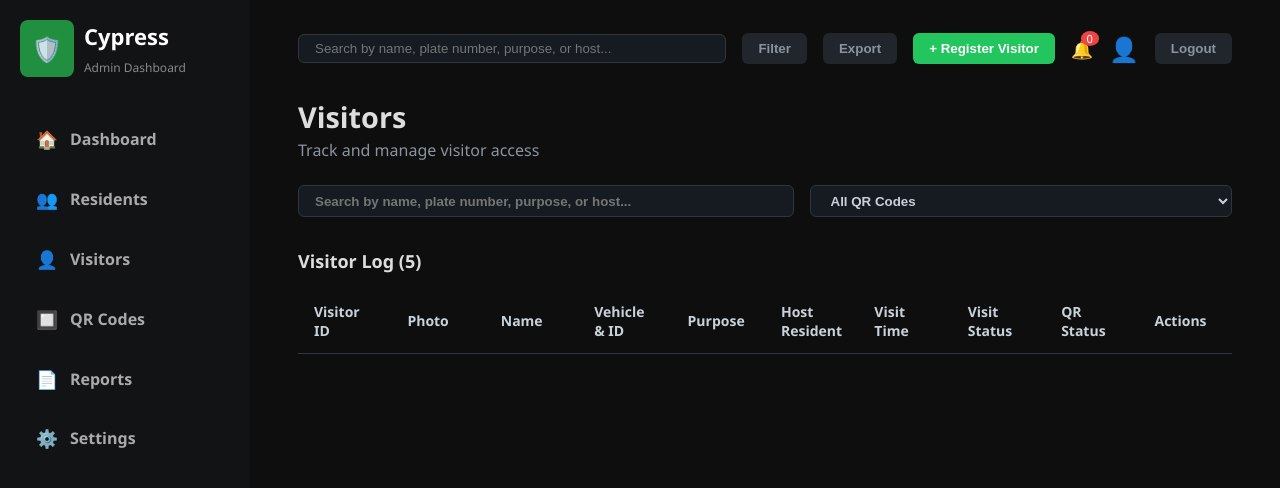
Repository: camuramon/my-project
Page: templates/admin/visitors.html
The author's editor kept a copy of each file at every save. The page is drawn from the files as they stood at one save, then again after the next save.
The browser window is 1280 px wide. The pictures show the whole page.
The template is drawn by Flask 3. The application's start-up code is not run. Other server files are loaded and not shown. The template is opened directly, without the code that normally fills it, so the values that code supplies are empty.

Above is the page before, as saved 2025-09-19 02:06:12.

### templates/admin/visitors.html
<!DOCTYPE html>
<html lang="en">
<head>
    <meta charset="UTF-8" />
    <meta name="viewport" content="width=device-width, initial-scale=1" />
    <title>Cypress Admin Dashboard - Visitors</title>
    <!-- Connect visitor.css -->
<link rel="stylesheet" href="{{ url_for('static', filename='css/admin.css') }}">
<link rel="stylesheet" href="{{ url_for('static', filename='css/visitor.css') }}">
</head>
<body>
     <div class="container">
    <aside class="sidebar">
    <div class="logo">
        <div class="icon">🛡️</div>
        <div class="title">
            <h2>Cypress</h2>
            <span>Admin Dashboard</span>
        </div>
    </div>
    <nav>
        <ul class="sidebar-menu">
            <li class="{% if request.path == url_for('admin_dashboard') %}active{% endif %}">
                <a href="{{ url_for('admin_dashboard') }}"><span class="icon">🏠</span> Dashboard</a>
            </li>
            <li class="{% if request.path == url_for('admin_residents') %}active{% endif %}">
                <a href="{{ url_for('admin_residents') }}"><span class="icon">👥</span> Residents</a>
            </li>
            <li class="{% if request.path == url_for('admin_visitors') %}active{% endif %}">
                <a href="{{ url_for('admin_visitors') }}"><span class="icon">👤</span> Visitors</a>
            </li>
          <li class="{% if request.path == url_for('admin_qr') %}active{% endif %}">
  <a href="{{ url_for('admin_qr') }}"><span class="icon">🔲</span> QR Codes</a>
</li>

            <li class="{% if request.path == url_for('admin_reports') %}active{% endif %}">
                <a href="{{ url_for('admin_reports') }}"><span class="icon">📄</span> Reports</a>
            </li>
            <li class="{% if request.path == url_for('admin_settings') %}active{% endif %}">
                <a href="{{ url_for('admin_settings') }}"><span class="icon">⚙️</span> Settings</a>
            </li>
        </ul>
    </nav>
</aside>


    <main class="main-content">
        <header class="topbar">
          <input type="search" placeholder="Search by name, plate number, purpose, or host..." />
            <div class="topbar-actions">
                <button class="btn filter">Filter</button>
                <button class="btn export">Export</button>
                <button class="btn register-visitor">+ Register Visitor</button>
                <div class="notification">
                    <span class="icon">🔔</span>
                    <span class="badge">0</span>
                </div>
                <div class="profile-icon">👤</div>
                <button id="logout-button" class="btn btn-gray text-white font-semibold py-2 px-4 rounded-full">
                Logout
            </button>
            </div>
        </header>

<script>
       document.getElementById('logout-button').addEventListener('click', function() {
    window.location.href = "/logout";   // ✅ tatawag sa Flask logout route
});
</script>
        <section class="page-info">
            <h2>Visitors</h2>
            <p>Track and manage visitor access</p>

            <div class="search-filter">
                <input type="search" placeholder="Search by name, plate number, purpose, or host..." />
                <select>
                    <option>All QR Codes</option>
                </select>
            </div>

            <div class="visitor-log">
                <h3>Visitor Log (5)</h3>
                  <div id="recent-visitors"></div>
                <table>
                    <thead>
    <tr>
        <th>Visitor ID</th>
        <th>Photo</th>
        <th>Name</th>
        <th>Vehicle &amp; ID</th>
        <th>Purpose</th>
        <th>Host Resident</th>
        <th>Visit Time</th>
        <th>Visit Status</th>
        <th>QR Status</th>
        <th>Actions</th>
    </tr>
</thead>
<tbody>
    {% for visitor in visitors %}
    <tr>
        <td>{{ visitor.id }}</td>
        <td>
            <img src="{{ visitor.photo if visitor.photo else url_for('static', filename='image/default-visitor.png') }}"
                 alt="Visitor Photo"
                 style="width:50px; height:50px; border-radius:50%; object-fit:cover;">
        </td>
        <td><strong>{{ visitor.fullName }}</strong></td>
        <td>
            <strong>{{ visitor.vehicleType }} - {{ visitor.plateNumber }}</strong><br>
            {{ visitor.idType }}: {{ visitor.idNumber }}
        </td>
        <td>{{ visitor.host if visitor.host else "N/A" }}</td>
        <td><span class="clock-icon">⏲️</span> In:<br><strong>{{ visitor.visitTime }}</strong></td>
        <td>
            <span class="status {{ 'active-visit' if visitor.status == 'Active' else 'expired-visit' }}">
                {{ visitor.status }}
            </span>
        </td>
        <td>
            <span class="qr-status {{ 'valid' if visitor.qrCode else 'invalid' }}">
                {{ 'Valid' if visitor.qrCode else 'Invalid' }}
            </span>
        </td>
        <td class="actions">
            <span class="icon">👁️</span>
            <span class="icon">✏️</span>
            <span class="icon">🗑️</span>
        </td>
    </tr>
    {% endfor %}
</tbody>

                </table>
            </div>
        </section>
    </main>
<script src="{{ url_for('static', filename='js/visitors.js') }}"></script>

</body>
</html>

### static/css/admin.css
/* ===========================
   GENERAL RESET & BASE STYLES
=========================== */


* {
    box-sizing: border-box;
    margin: 0;
    padding: 0;
}

body {
    font-family: 'Segoe UI', Tahoma, Geneva, Verdana, sans-serif;
    background-color: #0e0e0f;
    color: #ddd;
    display: flex;
    min-height: 100vh;
}
html, body {
    height: 100%;
    width: 100%;
    margin: 0;
    padding: 0;
    overflow-x: hidden;
}

.container {
    display: flex;
    width: 100%;
    height: 100vh;
}


/* ===========================
   SIDEBAR
=========================== */
.sidebar {
    width: 250px;
    height: 100vh;
    background-color: #121314;
    padding: 20px;
    flex-shrink: 0;
}


.logo {
    display: flex;
    align-items: center;
    margin-bottom: 40px;
}

.logo .icon {
    background-color: #208f3f;
    padding: 12px;
    border-radius: 8px;
    font-size: 24px;
    color: white;
    margin-right: 10px;
}

.logo .title h2 {
    font-weight: 700;
    color: white;
    margin-bottom: 4px;
}

.logo .title span {
    font-size: 12px;
    color: #888;
}

.sidebar-menu {
    list-style: none;
    padding: 0;
}

.sidebar-menu li {
    margin: 15px 0;
}

.sidebar-menu li a {
    text-decoration: none;
    color: #bbb;
    font-weight: 600;
    display: flex;
    align-items: center;
    gap: 10px;
    font-size: 16px;
}

.sidebar-menu li a i {
    font-size: 18px;
}

.sidebar-menu li a {
    text-decoration: none;
    color: #bbb;
    font-weight: 600;
    display: flex;
    align-items: center;
    gap: 10px;
    font-size: 16px;
    padding: 10px 15px;
    border-radius: 8px;
    transition: background-color 0.3s ease, color 0.3s ease;
}

.sidebar-menu li.active a {
    background-color: #2a2a2e; /* darker bg for active item */
    color: white;
}

.sidebar-menu li.active a .icon {
    color: white;
}

.sidebar-menu li a:hover {
    background-color: #1d1d1f;
    color: white;
}


/* ===========================
   MAIN CONTENT
=========================== */
.main-content {
    flex-grow: 1;
    overflow-y: auto;
    padding: 25px;
    background-color: #0e0e0f;
}
/* ===========================
   HEADER / TOP BAR
=========================== */
.top-bar, .header {
    display: flex;
    justify-content: space-between;
    align-items: center;
    margin-bottom: 20px;
}

.search-bar input[type="search"] {
    width: 350px;
    padding: 10px 15px;
    border: none;
    border-radius: 10px;
    background-color: #232324;
    color: #ccc;
    font-size: 16px;
}

.top-icons, .header-icons {
    display: flex;
    gap: 15px;
}

.icon-btn, .notification-btn, .user-btn {
    background: none;
    border: none;
    color: #ccc;
    font-size: 20px;
    position: relative;
    cursor: pointer;
}

.notification-count {
    position: absolute;
    top: -8px;
    right: -8px;
    background-color: #e02e41;
    font-size: 10px;
    padding: 2px 6px;
    border-radius: 50%;
    color: white;
}

/* ===========================
   DASHBOARD HEADER & ACTIONS
=========================== */
.dashboard-header, .resident-section .sub-header {
    display: flex;
    justify-content: space-between;
    align-items: center;
    margin: 20px 0;
    flex-wrap: wrap;
}

.dashboard-header h1, .resident-section h2 {
    color: white;
}

.dashboard-header p, .resident-section .subtitle {
    color: #999;
    margin-left: 10px;
}

.actions, .buttons {
    display: flex;
    gap: 10px;
}

.filter-btn,
.export-btn,
.add-resident-btn {
    background-color: #222;
    border: none;
    color: white;
    padding: 10px 20px;
    border-radius: 8px;
    cursor: pointer;
    font-weight: 600;
}

.add-resident-btn {
    background-color: #208f3f;
}

.filter-btn:hover,
.export-btn:hover,
.add-resident-btn:hover {
    background-color: #333;
}

/* ===========================
   DASHBOARD CARDS
=========================== */
.stats-cards {
    display: flex;
    gap: 20px;
    flex-wrap: wrap;
    margin-bottom: 40px;
}

.card {
    background-color: #151517;
    border-radius: 12px;
    flex: 1 1 300px;
    padding: 20px;
    position: relative;
    color: #999;
}

.card p { margin-bottom: 8px; }

.card h2 { color: white; font-weight: 800; font-size: 28px; }

.card-icon {
    position: absolute;
    top: 20px;
    right: 20px;
    font-size: 24px;
    padding: 8px;
    border-radius: 100%;
    background-color: #333;
    color: white;
}

.card-icon.green { background-color: #208f3f; }
.card-icon.blue { background-color: #26418f; }
.card-icon.yellow { background-color: #a58f20; }
.card-icon.green-dark { background-color: #14502d; }
.card-icon.gray { background-color: #474751; }

.percentage {
    position: absolute;
    bottom: 20px;
    right: 20px;
    font-weight: 600;
    font-size: 14px;
}

.percentage.positive { color: #26ca4a; }
.percentage.neutral { color: #999; }

/* ===========================
   TABLES
=========================== */
.tables-section, .resident-directory {
    display: flex;
    gap: 20px;
    flex-wrap: wrap;
}

.table-container {
    background-color: #151517;
    padding: 20px;
    border-radius: 12px;
    flex: 1 1 500px;
    color: #bbb;
}

.table-container h3 {
    display: flex;
    justify-content: space-between;
    margin-bottom: 15px;
    color: white;
}

.view-all {
    color: #6668f8;
    font-weight: 600;
    text-decoration: none;
    font-size: 14px;
}

.view-all:hover { text-decoration: underline; }

table {
    width: 100%;
    border-collapse: collapse;
}

th, td {
    padding: 12px 10px;
    text-align: left;
    font-size: 14px;
}

thead tr { border-bottom: 1px solid #333; }
tbody tr:not(:last-child) { border-bottom: 1px solid #333; }
tbody tr:hover { background-color: #252527; }

/* ===========================
   STATUS BADGES
=========================== */
.status {
    padding: 5px 10px;
    border-radius: 20px;
    font-size: 12px;
    font-weight: 700;
    display: inline-block;
}

.status.active { background-color: #208f3f; color: white; }
.status.expired { background-color: #a5891e; color: white; }
.status.suspended { background-color: #7e1e1e; color: white; }
.status.inactive { background-color: #ff4d4f; color: white; }

.qr-status.valid { background-color: #208f3f; color: white; }
.qr-status.expired { background-color: #a5891e; color: white; }

/* ===========================
   BUTTONS, INPUTS, SELECT
=========================== */
button { cursor: pointer; border: none; border-radius: 6px; font-weight: 600; }

select, input[type="search"] {
    background-color: #232324;
    color: #ccc;
    border: 1px solid #333;
    padding: 8px 10px;
    border-radius: 6px;
}

/* ===========================
   HEADINGS & TEXT
=========================== */
h2 { font-size: 22px; margin-bottom: 5px; }
h3 { font-size: 18px; margin-bottom: 10px; }
.subtitle { color: #aaa; margin-bottom: 15px; }

strong { font-weight: 700; }
.charts {
  display: flex;
  justify-content: space-between; /* hati sila kaliwa-kanan */
  margin: 20px 0;
  gap: 20px;
}

/* Common Style for Charts */
.chart-container {
  flex: 1;                  /* pantay hati space */
  max-width: 48%;           /* para may konting space sa pagitan */
  background: #1e1e2f;
  padding: 20px;
  border-radius: 12px;
  box-shadow: 0 4px 8px rgba(0,0,0,0.25);
}

.chart-container h3 {
  margin-bottom: 15px;
  font-size: 16px;
  font-weight: 600;
  color: #fff;
}

/* Responsive canvas – hindi pilit */
.chart-container canvas {
  width: 100% !important;
  height: auto !important;   /* 🔑 auto height, hindi stretched */
  max-height: 300px;         /* 🔧 pwede mong baguhin para sa taas ng chart */
}
.status {
  padding: 4px 8px;
  border-radius: 6px;
  font-weight: 500;
  color: #fff;
}

.status.active {
  background-color: #16a34a; /* green */
}

.status.suspended {
  background-color: #ca8a04; /* yellow */
}

.status.expired {
  background-color: #7e4040; /* gray */
}

.status.blacklisted {
  background-color: #dc2626; /* red */
}

### static/css/visitor.css
/* Reset and base styles */
* {
    box-sizing: border-box;
    margin: 0;
    padding: 0;
}

body {
    font-family: 'Segoe UI', Tahoma, Geneva, Verdana, sans-serif;
    background-color: #0e0e0f;
    color: #ddd;
    display: flex;
    min-height: 100vh;
}

html, body {
    height: 100%;
    width: 100%;
    margin: 0;
    padding: 0;
    overflow-x: hidden;
}

.container {
    display: flex;
    width: 100%;
    height: 100vh;
}

/* Sidebar */
.sidebar-menu {
    list-style: none;
    padding: 0;
    margin: 0;
}

.sidebar-menu li {
    margin-bottom: 0.5rem;
}

.sidebar-menu li a {
    display: flex;
    align-items: center;
    gap: 0.75rem;
    text-decoration: none;
    padding: 0.65rem 1rem;
    border-radius: 8px;
    color: #aaa;
    font-weight: 600;
    transition: background 0.3s, color 0.3s;
}

.sidebar-menu li a i {
    font-size: 1.2rem;
}

.sidebar-menu li.active a,
.sidebar-menu li a:hover {
    background-color: #292929;
    color: white;
}


.logo h1 {
    color: #48bb78; /* Green */
    margin-bottom: 0.2rem;
}

.logo p {
    color: #8b949e;
    font-size: 0.8rem;
    margin-bottom: 2rem;
}

.navigation ul {
    list-style: none;
}

.navigation li {
    margin-bottom: 1.5rem;
}

.navigation a {
    color: #8b949e;
    text-decoration: none;
    font-weight: 600;
    font-size: 0.9rem;
    display: flex;
    align-items: center;
    gap: 8px;
}

.navigation li.active a,
.navigation a:hover {
    color: #48bb78;
}

.icon {
    font-size: 1.1rem;
}

/* Main content */
.main-content {
    flex-grow: 1;
    padding: 2rem 3rem;
    overflow-y: auto;
}

.topbar {
    display: flex;
    gap: 1rem;
    align-items: center;
    margin-bottom: 2rem;
}

.topbar input[type="search"] {
    flex-grow: 1;
    background: #161b22;
    border: 1px solid #30363d;
    border-radius: 6px;
    padding: 0.4rem 1rem;
    color: #c9d1d9;
}

.topbar-actions {
    display: flex;
    gap: 1rem;
    align-items: center;
}

.btn {
    background-color: #21262d;
    border: none;
    padding: 0.5rem 1rem;
    border-radius: 6px;
    color: #8b949e;
    cursor: pointer;
    font-weight: 600;
    transition: background-color 0.3s;
}

.btn:hover {
    background-color: #30363d;
}

.btn.register-visitor {
    background-color: #22c55e; /* Green */
    color: white;
}

.btn.register-visitor:hover {
    background-color: #16a34a;
}

.notification {
    position: relative;
    color: #8b949e;
    cursor: pointer;
}

.notification .badge {
    position: absolute;
    top: -6px;
    right: -6px;
    background-color: #ef4444;
    color: white;
    font-size: 0.7rem;
    border-radius: 50%;
    padding: 0 6px;
}

.profile-icon {
    font-size: 1.5rem;
    cursor: pointer;
}

/* Page info */
.page-info h2 {
    font-size: 1.8rem;
    font-weight: 700;
    margin-bottom: 0.2rem;
}

.page-info p {
    color: #8b949e;
    margin-bottom: 1.5rem;
}

/* Search filter */
.search-filter {
    display: flex;
    gap: 1rem;
    margin-bottom: 2rem;
}

.search-filter input,
.search-filter select {
    flex-grow: 1;
    background: #161b22;
    border: 1px solid #30363d;
    border-radius: 6px;
    padding: 0.4rem 1rem;
    color: #c9d1d9;
    font-weight: 600;
    cursor: pointer;
}

/* Visitor Log */
.visitor-log h3 {
    margin-bottom: 1rem;
}

table {
    width: 100%;
    border-collapse: collapse;
    color: #c9d1d9;
}

thead th {
    text-align: left;
    padding: 0.8rem 1rem;
    font-weight: 700;
    border-bottom: 1px solid #30363d;
}

tbody td {
    padding: 1rem;
    border-bottom: 1px solid #21262d;
    vertical-align: top;
}

tbody td strong {
    color: white;
    display: block;
    margin-bottom: 0.3rem;
}

/* Status badges */
.status {
    display: inline-block;
    padding: 0.3rem 0.8rem;
    border-radius: 9999px;
    color: white;
    font-size: 0.75rem;
    font-weight: 600;
    text-align: center;
    white-space: nowrap;
}

.active-visit {
    background-color: #2c5282; /* blue */
}

.checked-out {
    background-color: #4a5568; /* gray */
}

.qr-status {
    display: inline-block;
    padding: 0.3rem 0.8rem;
    border-radius: 9999px;
    font-size: 0.75rem;
    font-weight: 600;
    color: white;
    text-align: center;
    white-space: nowrap;
}

.valid {
    background-color: #238636; /* green */
}

.expired {
    background-color: #b45309; /* yellow/orange */
}

/* Actions icons */
.actions .icon {
    cursor: pointer;
    margin-right: 10px;
    font-size: 1.1rem;
    color: #8b949e;
}

.actions .icon:hover {
    color: #48bb78;
}

/* Smaller icons used inside the table */
.clock-icon {
    font-size: 1rem;
    padding-right: 5px;
}
.status.active-visit {
  color: green;
  font-weight: bold;
}

.status.expired {
  color: orange;
  font-weight: bold;
}
/* Table layout fix */
table {
  width: 100%;
  border-collapse: collapse;
  table-layout: fixed; /* lahat ng column fixed width */
}

/* Table headers at cells */
th, td {
  padding: 12px 10px;
  text-align: center;   /* pantayin lahat sa gitna */
  vertical-align: middle; /* pantayin vertically */
  border-bottom: 1px solid rgba(255,255,255,0.1);
}

/* Visitor photo fix */
.visitor-photo {
  width: 50px;
  height: 50px;
  border-radius: 50%;
  object-fit: cover;
  display: block;
  margin: 0 auto; /* center sa loob ng cell */
}

### static/js/visitors.js
document.addEventListener('DOMContentLoaded', () => {
  const searchInput = document.querySelector('.page-info .search-filter input[type="search"]');
  const visitorTableBody = document.querySelector('.visitor-log tbody');
  const filterSelect = document.querySelector('.page-info .search-filter select');

  // 🔍 Filter visitor rows based on search and dropdown
  function filterVisitorLog() {
    const searchTerm = searchInput.value.toLowerCase();
    const filterValue = filterSelect.value.toLowerCase();
    const rows = visitorTableBody.querySelectorAll('tr');

    rows.forEach(row => {
      const visitorId = row.cells[0]?.textContent.toLowerCase() || '';
      const name = row.cells[1]?.textContent.toLowerCase() || '';
      const vehicleId = row.cells[2]?.textContent.toLowerCase() || '';
      const purpose = row.cells[3]?.textContent.toLowerCase() || '';
      const host = row.cells[4]?.textContent.toLowerCase() || '';
      const qrStatus = row.cells[7]?.textContent.toLowerCase() || '';

      const combinedText = `${visitorId} ${name} ${vehicleId} ${purpose} ${host} ${qrStatus}`;

      const matchesSearch = combinedText.includes(searchTerm);
      const matchesFilter = (filterValue === 'all qr codes' || qrStatus === filterValue);

      if (matchesSearch && matchesFilter) {
        row.style.display = '';
      } else {
        row.style.display = 'none';
      }
    });
  }

  // 🔁 Event listeners
  if (searchInput) {
    searchInput.addEventListener('input', filterVisitorLog);
  }

  if (filterSelect) {
    filterSelect.addEventListener('change', filterVisitorLog);
  }

  // 🧭 Event delegation for icon actions
  if (visitorTableBody) {
    visitorTableBody.addEventListener('click', (e) => {
      if (e.target.classList.contains('icon')) {
        const icon = e.target.textContent;
        const row = e.target.closest('tr');
        const visitorName = row.cells[1]?.textContent.trim();

        switch (icon) {
          case '👁️':
            alert(`View details for: ${visitorName}`);
            break;
          case '✏️':
            alert(`Edit info for: ${visitorName}`);
            break;
          case '🗑️':
            if (confirm(`Are you sure you want to delete ${visitorName}?`)) {
              row.remove();
            }
            break;
        }
      }
    });
  }

  // ✅ Initial filter on page load (optional)
  filterVisitorLog();
});

After the next save:
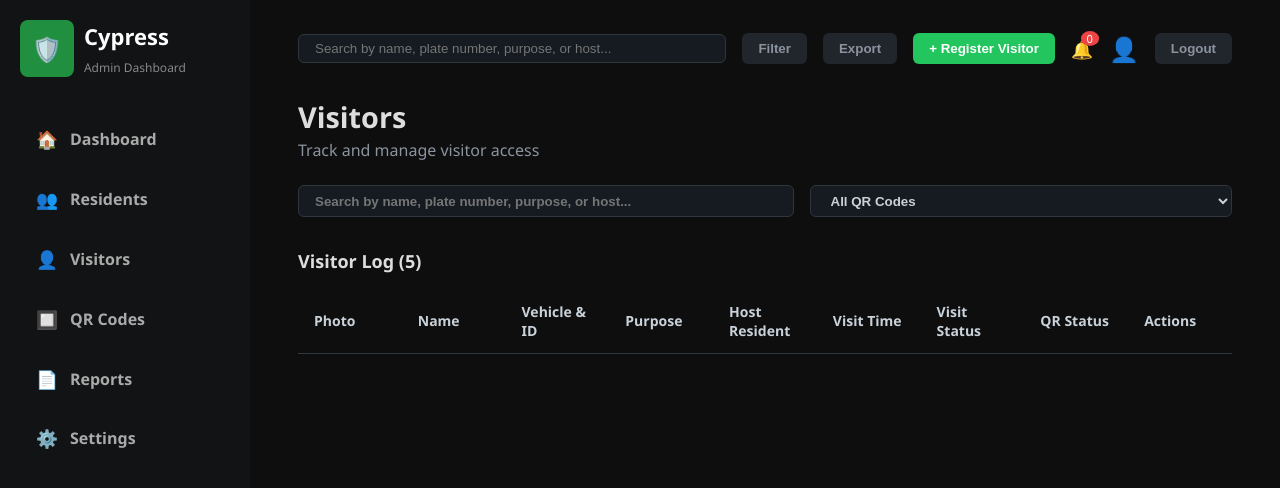
Saved 5 s later.
--- a/templates/admin/visitors.html
+++ b/templates/admin/visitors.html
@@ -84,7 +84,7 @@
                 <table>
                     <thead>
     <tr>
-        <th>Visitor ID</th>
+
         <th>Photo</th>
         <th>Name</th>
         <th>Vehicle &amp; ID</th>
